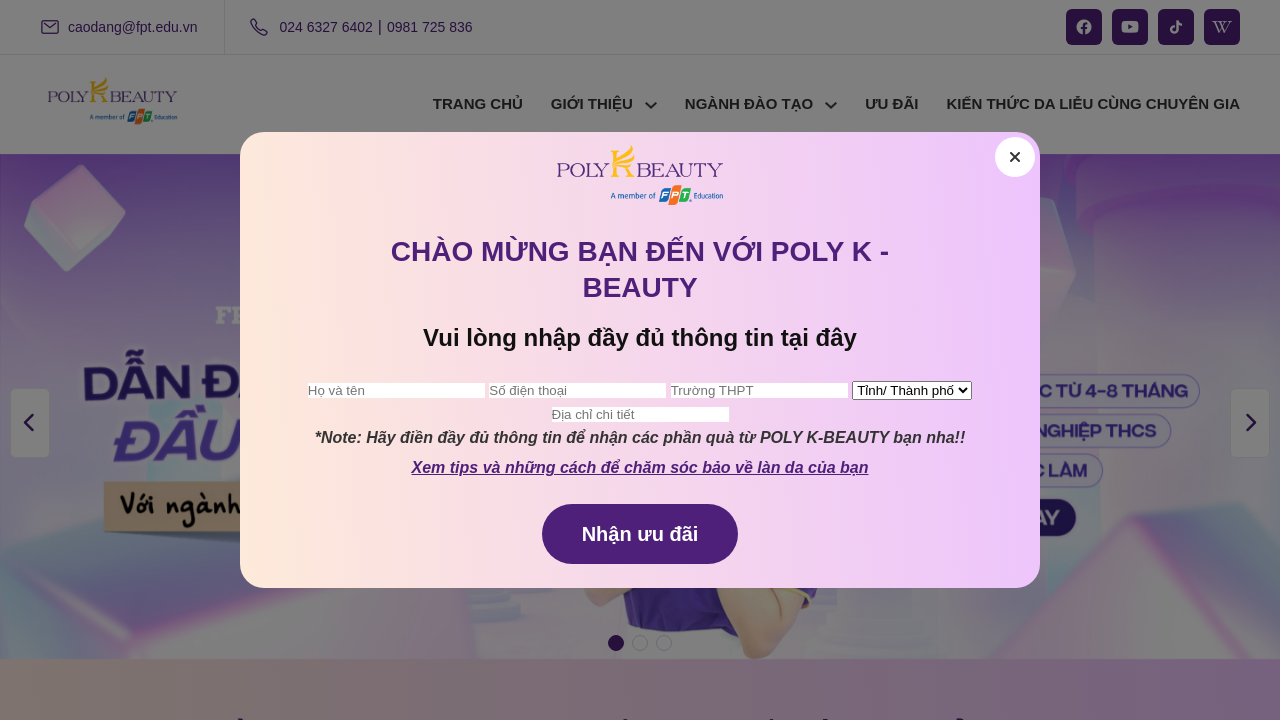
Repository: dinhtri123/k_beauty
Page: test.html
The author's editor kept a copy of each file at every save. The page is drawn from the files as they stood at one save, then again after the next save.
The browser window is 1280 px wide. The pictures show the window.
A layer covers the whole window, so only the first screen is drawn. Some web fonts or font styles are not loaded; a fallback is used.

Above is the page before, as saved 2024-12-26 09:17:09.

### test.html
<!DOCTYPE html>
<html lang="en">

<head>
  <meta charset="UTF-8">
  <meta name="viewport" content="width=device-width, initial-scale=1.0">
  <title>Page Test</title>
  <link rel="stylesheet" href="https://cdn.jsdelivr.net/npm/swiper@11/swiper-bundle.min.css" />
  <link rel="stylesheet" href="https://cdnjs.cloudflare.com/ajax/libs/font-awesome/6.7.2/css/all.min.css"
    integrity="sha512-Evv84Mr4kqVGRNSgIGL/F/aIDqQb7xQ2vcrdIwxfjThSH8CSR7PBEakCr51Ck+w+/U6swU2Im1vVX0SVk9ABhg=="
    crossorigin="anonymous" referrerpolicy="no-referrer" />
  <link rel="stylesheet" href="./css/style.css">
  <link rel="stylesheet" href="./css/test.css">
</head>

<body>
  <header>
    <div class="header-top-wrapper">
      <div class="container">
        <div class="header-top">
          <div class="header-top-left">
            <a href="mailto:caodang@fpt.edu.vn">
              <img src="./images/mail-outline.png" alt="">
              <span>caodang@fpt.edu.vn</span>
            </a>
            <p>
              <img src="./images/call-outline.png" alt="">
              <a href="tel:024 6327 6402">024 6327 6402</a>
              <span>|</span>
              <a href="tel: 0981 725 836"> 0981 725 836</a>
            </p>
          </div>
          <div class="header-top-right">
            <a href="">
              <img src="./images/Facebook.png" alt="">
            </a>
            <a href="">
              <img src="./images/YouTube.png" alt="">
            </a>
            <a href="">
              <img src="./images/TikTok.png" alt="">
            </a>
            <a href="">
              <img src="./images/Frame.png" alt="">
            </a>
          </div>
        </div>
      </div>
    </div>
    <div class="header-main container">
      <a href="" class="header-logo">
        <img src="./images/logo.png" alt="">
      </a>
      <nav class="header-nav">
        <ul class="header-menu">
          <li>
            <a href="">Trang chủ</a>
          </li>
          <li>
            <a href="">Giới thiệu
              <span>
                <img src="./images/arrow-bottom.png" alt="">
              </span>
            </a>
          </li>
          <li>
            <a href="">ngành đào tạo
              <span>
                <img src="./images/arrow-bottom.png" alt="">
              </span>
            </a>
          </li>
          <li>
            <a href="">ƯU đãi</a>
          </li>
          <li>
            <a href="">kiến thức da liễu cùng chuyên gia</a>
          </li>
          <li class="header-btn-close sm">
            <i class="fa-solid fa-xmark"></i>
          </li>
        </ul>
      </nav>
      <span class="header-btn-menu sm">
        <i class="fa-solid fa-bars"></i>
      </span>
    </div>
  </header>
  <main id="test">
    <section class="slider-hero">
      <div class="swiper hero-swiper">
        <div class="swiper-wrapper">
          <div class="swiper-slide">
            <img src="./images/image 1.jpg" alt="">
          </div>
          <div class="swiper-slide">
            <img src="./images/image 1.jpg" alt="">
          </div>
          <div class="swiper-slide">
            <img src="./images/image 1.jpg" alt="">
          </div>
        </div>
        <div class="hero-btn swiper-button-next">
          <i class="fa-solid fa-chevron-right"></i>
        </div>
        <div class="hero-btn swiper-button-prev">
          <i class="fa-solid fa-chevron-left"></i>
        </div>
        <div class="swiper-pagination"></div>
      </div>
    </section>
    <section class="befenit">
      <div class="container">
        <div class="befenit-inner">
          <h2>CÙNG POLY K-BEAUTY HIỂU HƠN VỀ LÀN DA CỦA BẠN</h2>
          <p>Khám phá bí quyết chăm sóc da phù hợp qua bài trắc nghiệm cùng Poly K-Beauty!</p>
          <div class="befenit-question">
            <div class="question-item">
              <h3>1. Da của bạn thường trông ra sao vào buổi chiều?</h3>
              <div class="question-option">
                <label for="question_1_opt_1">
                  <input type="radio" name="question_1" id="question_1_opt_1">
                  A. Trán, mũi và cằm bị bóng dầu nhưng phần còn lại trên mặt lại bình thường hoặc khô
                </label>
                <label for="question_1_opt_2">
                  <input type="radio" name="question_1" id="question_1_opt_2">
                  B. Tôi nhận thấy một vài vết bong tróc dọc theo đường chân tóc, lông mày và giữa hai bên lông mày.
                </label>
                <label for="question_1_opt_3">
                  <input type="radio" name="question_1" id="question_1_opt_3">
                  C. Da bóng nhờn và không được mịn. Có những nốt mụn nhỏ và một số mụn đầu đen.
                </label>
                <label for="question_1_opt_4">
                  <input type="radio" name="question_1" id="question_1_opt_4">
                  D. Da mịn và láng mượt. Không có dấu hiệu bong tróc.
                </label>
                <label for="question_1_opt_5">
                  <input type="radio" name="question_1" id="question_1_opt_5">
                  E. Điều đầu tiên tôi nhận thấy là các nếp nhăn.
                </label>
              </div>
            </div>
            <div class="question-item">
              <h3>2. Hãy mô tả phần má và vùng dưới mắt của bạn.</h3>
              <div class="question-option">
                <label for="question_2_opt_1">
                  <input type="radio" name="question_2" id="question_2_opt_1">
                  A. Lỗ chân lông nở rộng và có khuyết điểm dưới dạng mụn đầu đen hay đốm mụn trắng.
                </label>
                <label for="question_2_opt_2">
                  <input type="radio" name="question_2" id="question_2_opt_2">
                  B. Hầu như không có vết nhăn dễ thấy nào. Chỉ có một số vùng da khô có thể nhìn ra.
                </label>
                <label for="question_2_opt_3">
                  <input type="radio" name="question_2" id="question_2_opt_3">
                  C. Da nhẵn mịn với lỗ chân lông se khít
                </label>
                <label for="question_2_opt_4">
                  <input type="radio" name="question_2" id="question_2_opt_4">
                  D. Có các nếp nhăn rõ rệt. Da khá khô.
                </label>
                <label for="question_2_opt_5">
                  <input type="radio" name="question_2" id="question_2_opt_5">
                  E. Da bị kích ứng và khô. Có cảm giác da bị căng.
                </label>
              </div>
            </div>
            <div class="question-item">
              <h3>3. Da của bạn có dễ gặp phải các vấn đề về thâm, hay đỏ rát không?</h3>
              <div class="question-option">
                <label for="question_3_opt_1">
                  <input type="radio" name="question_3" id="question_3_opt_1">
                  A. Có, nhưng chỉ ở vùng chữ T (trán, mũi và cằm)
                </label>
                <label for="question_3_opt_2">
                  <input type="radio" name="question_3" id="question_3_opt_2">
                  B. Da tôi hơi đỏ, có chút tấy, và có chỗ không đồng đều về độ ẩm
                </label>
                <label for="question_3_opt_3">
                  <input type="radio" name="question_3" id="question_3_opt_3">
                  C. Có. Tôi thường gặp phải các vấn đề trên.
                </label>
                <label for="question_3_opt_4">
                  <input type="radio" name="question_3" id="question_3_opt_4">
                  D. Đôi khi.
                </label>
                <label for="question_3_opt_5">
                  <input type="radio" name="question_3" id="question_3_opt_5">
                  E. Hầu như không bao giờ.
                </label>
              </div>
            </div>
            <button>Nộp bài Test <i class="fa-solid fa-arrow-right"></i></button>
          </div>
        </div>
      </div>
    </section>
    <section class="package">
      <div class="container">
        <div class="package-inner">
          <h2>POLY K-BEAUTY'S PACKAGE <span class="line"></span></h2>
          <div class="package-item">
            <img src="./images/package_img1.jpg" alt="">
            <h3>Dịch vụ chăm sóc và điều trị</h3>
          </div>
          <div class="package-item">
            <img src="./images/package_img2.jpg" alt="">
            <h3>QUY TRÌNH CHẤM TCA TRỊ</h3>
          </div>
          <div class="package-item">
            <img src="./images/package_img3.jpg" alt="">
            <h3>PHƯƠNG PHÁP TIÊM SẸO LỒI</h3>
          </div>
          <div class="package-item">
            <img src="./images/package_img4.jpg" alt="">
            <h3>LASER TRỊ THÂM CÓ TỐT</h3>
          </div>
          <div class="package-item">
            <img src="./images/package_img5.jpg" alt="">
            <h3>TRỊ NẤM DA BẰNG LASER TẠI</h3>
          </div>
          <div class="package-item">
            <img src="./images/package_img6.jpg" alt="">
            <h3>LÀN DA KHÔNG ĐỀU MÀU VÀ</h3>
          </div>
          <div class="package-item">
            <img src="./images/package_img7.jpg" alt="">
            <h3>GIẢI PHÁP ĐIỀU TRỊ MỤN THỊT</h3>
          </div>
          <div class="package-item">
            <img src="./images/package_img8.jpg" alt="">
            <h3>ĐIỀU TRỊ SẸO RỖ BẰNG LASER</h3>
          </div>
          <div class="package-item">
            <img src="./images/package_img9.jpg" alt="">
            <h3>TRẺ HOÁ BẰNG LASER</h3>
          </div>
          <div class="package-item">
            <img src="./images/package_img10.jpg" alt="">
            <h3>CHỐNG LÃO HOÁ TUỔI 30</h3>
          </div>
          <div class="package-item">
            <img src="./images/package_img11.jpg" alt="">
            <h3>ĐIỀU TRỊ MỤN Ở NGƯỜI LỚN</h3>
          </div>
          <div class="package-item">
            <img src="./images/package_img12.jpg" alt="">
            <h3>XOÁ XĂM HIỆU QUẢ VÀ</h3>
          </div>
          <div class="package-item">
            <img src="./images/package_img13.jpg" alt="">
            <h3>ĐIỀU TRỊ GIÃN MAO MẠCH</h3>
          </div>
          <div class="package-item">
            <img src="./images/package_img14.jpg" alt="">
            <h3>PHƯƠNG PHÁP TRỊ SẸO LỒI</h3>
          </div>
          <div class="package-item">
            <img src="./images/package_img15.jpg" alt="">
            <h3>LĂN KIM TRỊ SẸO RỖ</h3>
          </div>
          <div class="package-item">
            <img src="./images/package_img16.jpg" alt="">
            <h3>ĐIỆN DI VITAMIN C - GIẢI PHÁP</h3>
          </div>
          <div class="package-item">
            <img src="./images/package_img17.jpg" alt="">
            <h3>TRẺ HOÁ DA VỚI LIỆU TRÌNH</h3>
          </div>
          <div class="package-item">
            <img src="./images/package_img18.jpg" alt="">
            <h3>PEEL DA HOÁ HỌC CHUYÊN</h3>
          </div>
          <div class="package-item">
            <img src="./images/package_img19.jpg" alt="">
            <h3>PEEL DA HOÁ HỌC NỒNG ĐỘ</h3>
          </div>
          <div class="package-item">
            <img src="./images/package_img20.jpg" alt="">
            <h3>PEEL DA HOÁ HỌC NỒNG ĐỘ</h3>
          </div>
          <div class="package-item">
            <img src="./images/package_img21.jpg" alt="">
            <h3>PEEL DA HOÁ HỌC</h3>
          </div>
          <div class="package-item">
            <img src="./images/package_img22.jpg" alt="">
            <h3>PHƯƠNG PHÁP MÀI DA VI</h3>
          </div>
          <div class="package-item">
            <img src="./images/package_img23.jpg" alt="">
            <h3>CHẮM SÓC & ĐIỀU TRỊ DA CHO</h3>
          </div>
          <div class="package-item">
            <img src="./images/package_img24.jpg" alt="">
            <h3>XOÁ NỐT RUỒI</h3>
          </div>
          <div class="package-item">
            <img src="./images/package_img25.jpg" alt="">
            <h3>KIỂM TRA DA MẶT Ở ĐÂU ĐỂ</h3>
          </div>
          <div class="package-item">
            <img src="./images/package_img26.jpg" alt="">
            <h3>DỊCH VỤ CHĂM SÓC DA MẶT</h3>
          </div>
          <div class="package-item">
            <img src="./images/package_img27.jpg" alt="">
            <h3>MỤN LÀ CHUYỆN NHỎ VỚI</h3>
          </div>
          <div class="package-item">
            <img src="./images/package_img28.jpg" alt="">
            <h3>TÌM LẠI LÀN DA MỊN MÀNG VỚI</h3>
          </div>
          <div class="package-item">
            <img src="./images/package_img29.jpg" alt="">
            <h3>ĐỐT MỤN THỊT, U VÀNG</h3>
          </div>
          <div class="package-item">
            <img src="./images/package_img30.jpg" alt="">
            <h3>ĐIỀU TRỊ MỤN TRỨNG CÁ DỨT</h3>
          </div>
          <div class="package-item">
            <img src="./images/package_img31.jpg" alt="">
            <h3>TRIỆT LÔNG VĨNH VIỄN</h3>
          </div>
          <div class="package-item">
            <img src="./images/package_img32.jpg" alt="">
            <h3>NÁM DA VÀ RỐI LOẠN SẮC TỐ</h3>
          </div>
          <div class="package-item">
            <img src="./images/package_img33.jpg" alt="">
            <h3>LIỆU TRÌNH TRẺ HOÁ DA LÀM</h3>
          </div>
          <div class="package-item">
            <img src="./images/package_img34.jpg" alt="">
            <h3>ĐIỀU TRỊ TRỊ MỤN</h3>
          </div>
        </div>
      </div>
    </section>
  </main>
  <div class="form-bottom">
    <div class="container">
      <div class="form-inner">
        <div class="form-text">
          <h2>Tìm hiểu chương trình tại Poly K-Beauty và nhận tư vấn ngay!</h2>
          <button>Đăng ký ngay</button>
        </div>
        <div class="form-img">
          <img src="./images/form-img.png" alt="">
        </div>
      </div>
    </div>
  </div>
  <footer>
    <div class="container">
      <div class="footer-wrapper">
        <div class="footer-left">
          <div class="footer-logo">
            <img src="./images/logo-footer.png" alt="">
          </div>
          <div class="footer-social">
            <a href="#">
              <img src="./images/icon-fb.png" alt="">
            </a>
            <a href="#">
              <img src="./images/icon-ytb.png" alt="">
            </a>
            <a href="#">
              <img src="./images/icon-tiktok.png" alt="">
            </a>
            <a href="#">
              <img src="./images/icon-wiki.png" alt="">
            </a>
          </div>
          <div class="footer-contact">
            <h3>THÔNG TIN LIÊN HỆ</h3>
            <ul>
              <li>Điện thoại: (024) 7300 1955</li>
              <li>Email: caodang@fpt.edu.vn</li>
            </ul>
          </div>
        </div>
        <div class="footer-right">
          <h3>HỆ THỐNG VĂN PHÒNG TUYỂN SINH</h3>
          <div class="footer-local">
            <div class="local-item">
              <h4>Cơ sở Hà Nội</h4>
              <ul>
                <li><span><ion-icon name="location-outline"></ion-icon></span> Cổng số 1, Tòa nhà FPT
                  Polytechnic, 13 phố Trịnh Văn Bô, phường Phương Canh, quận Nam Từ Liêm, TP Hà Nội
                  Km12
                  Cầu Diễn, Phường Phúc Diễn, Quận Bắc Từ Liêm, Hà Nội</li>
                <li><span><ion-icon name="call-outline"></ion-icon></span>(024) 8582 0808</li>
              </ul>
            </div>
            <div class="local-item">
              <h4>Cơ sở Hồ Chí Minh</h4>
              <ul>
                <li><span><ion-icon name="location-outline"></ion-icon></span> Tòa nhà QTSC9 (toà T),
                  đường
                  Tô Ký, phường Tân Chánh Hiệp, quận 12, TP HCM.</li>
                <li><span><ion-icon name="location-outline"></ion-icon></span> 778/B1 Nguyễn Kiệm,
                  phường
                  04, quận Phú Nhuận, TP HCM
                  0901 660 002 – 028 6686 6486</li>
              </ul>
            </div>
            <div class="local-item">
              <h4>Cơ sở Thái Nguyên</h4>
              <ul>
                <li><span><ion-icon name="location-outline"></ion-icon></span> Tòa nhà FPT Polytechnic,
                  đường đê Mỏ Bạch, tổ 10, phường Quyết Thắng, TP Thái Nguyên, tỉnh Thái Nguyên</li>
                <li><span><ion-icon name="location-outline"></ion-icon></span> 091 532 9213</li>
              </ul>
            </div>
            <div class="local-item">
              <h4>Cơ sở Đà Nẵng</h4>
              <ul>
                <li><span><ion-icon name="location-outline"></ion-icon></span> 219 Nguyễn Sinh Sắc,
                  phường
                  Hoà Minh, quận Liên Chiểu, TP Đà Nẵng</li>
                <li><span><ion-icon name="location-outline"></ion-icon></span> 023 6371 0999 – 094 302
                  5282
                </li>
              </ul>
            </div>
            <div class="local-item">
              <h4>Cơ sở Hải Phòng</h4>
              <ul>
                <li><span><ion-icon name="location-outline"></ion-icon></span> 271 Lê Thánh Tông, phường
                  Máy
                  Chai, quận Ngô Quyền, TP Hải Phòng</li>
                <li><span><ion-icon name="location-outline"></ion-icon></span> 0915431313</li>
              </ul>
            </div>
            <div class="local-item">
              <h4>Cơ sở Quy Nhơn</h4>
              <ul>
                <li><span><ion-icon name="location-outline"></ion-icon></span> 107A Thanh Niên, phường
                  Quang
                  Trung, TP Quy Nhơn, tỉnh Bình Định</li>
                <li><span><ion-icon name="location-outline"></ion-icon></span> 039 404 4568</li>
              </ul>
            </div>
            <div class="local-item">
              <h4>Cơ sở Hà Nam</h4>
              <ul>
                <li><span><ion-icon name="location-outline"></ion-icon></span> Tổ hợp Giáo dục FPT,
                  Unischool, Khu Đại học Nam Cao, Phường Hoàng Đông, Thị xã Duy Tiên, Hà Nam</li>
                <li><span><ion-icon name="location-outline"></ion-icon></span> 0911 968 213</li>
              </ul>
            </div>
            <div class="local-item">
              <h4>Cơ sở Tây Nguyên</h4>
              <ul>
                <li><span><ion-icon name="location-outline"></ion-icon></span> Số 300, 6 Đường Hà Huy
                  Tập,
                  Tổ dân phố 8, phường Tân An, TP Buôn Ma Thuột, Đắk Lắk</li>
                <li><span><ion-icon name="location-outline"></ion-icon></span> 026 2355 5678</li>
              </ul>
            </div>
            <div class="local-item">
              <h4>Cơ sở Thanh Hoá</h4>
              <ul>
                <li><span><ion-icon name="location-outline"></ion-icon></span> Tòa Beta, Tổ hợp giáo dục
                  FPT, Đại lộ Võ Nguyên Giáp, phường Quảng Thành, TP Thanh Hóa</li>
                <li><span><ion-icon name="location-outline"></ion-icon></span> 091 378 5213</li>
              </ul>
            </div>
            <div class="local-item">
              <h4>Cơ sở Đồng Nai</h4>
              <ul>
                <li><span><ion-icon name="location-outline"></ion-icon></span> 193 Đỗ Văn Thi, phường
                  Hiệp
                  Hòa, TP Biên Hòa, tỉnh Đồng Nai</li>
                <li><span><ion-icon name="location-outline"></ion-icon></span> 0345 690 031 – 0989 871
                  031
                </li>
              </ul>
            </div>
            <div class="local-item">
              <h4>Cơ sở Cần Thơ</h4>
              <ul>
                <li><span><ion-icon name="location-outline"></ion-icon></span> Toà nhà FPT Polytechnic,
                  đường số 22, phường Thường Thạnh, quận Cái Răng, TP Cần Thơ</li>
                <li><span><ion-icon name="location-outline"></ion-icon></span> 098 388 1100 – 091 2823
                  492
                </li>
              </ul>
            </div>
          </div>
        </div>
      </div>
    </div>
  </footer>
  <div class="popup">
    <div class="popup-inner">
      <span class="popup-btn-close">
        <i class="fa-solid fa-xmark"></i>
      </span>
      <span class="popup-logo">
        <img src="./images/logo.png" alt="">
      </span>
      <h3 class="popup-title">Cảm ơn bạn đã làm bài test Hiểu làn da cùng Poly K-Beauty</h3>
      <p class="popup-desc">Bạn thuộc làn Da Hỗn Hợp</p>
      <span class="popup-img">
        <img src="./images/popup-img.png" alt="">
      </span>
      <i>*Note: Hãy điền đầy đủ thông tin để nhận các phần quà từ POLY K-BEAUTY bạn nha!!</i>
      <a href="#" class="popup-link">Xem tips và những cách để chăm sóc bảo về làn da của bạn</a>
      <a href="#" class="popup-btn">Nhận ưu đãi</a>
    </div>
  </div>
  <div class="popup popup-register active">
    <div class="popup-inner">
      <span class="popup-btn-close">
        <i class="fa-solid fa-xmark"></i>
      </span>
      <span class="popup-logo">
        <img src="./images/logo.png" alt="">
      </span>
      <h3 class="popup-title">CHÀO MỪNG BẠN ĐẾN VỚI POLY K - BEAUTY</h3>
      <p class="popup-desc">Vui lòng nhập đầy đủ thông tin tại đây</p>
      <form action="">
        <input type="text" name="name" id="name" placeholder="Họ và tên">
        <input type="tel" name="phone" id="phone" placeholder="Số điện thoại">
        <input type="text" name="school" id="school" placeholder="Trường THPT">
        <select>
          <option value="" selected>Tỉnh/ Thành phố</option>
          <option value="">Tỉnh/ Thành phố</option>
          <option value="">Tỉnh/ Thành phố</option>
        </select>
        <input type="text" name="address" id="address" placeholder="Địa chỉ chi tiết">
      </form>
      <i>*Note: Hãy điền đầy đủ thông tin để nhận các phần quà từ POLY K-BEAUTY bạn nha!!</i>
      <a href="#" class="popup-link">Xem tips và những cách để chăm sóc bảo về làn da của bạn</a>
      <a href="#" class="popup-btn">Nhận ưu đãi</a>
    </div>
  </div>
</body>

<script src="https://cdn.jsdelivr.net/npm/swiper@11/swiper-bundle.min.js"></script>

<script>
  var swiper = new Swiper(".hero-swiper", {
    loop: true,
    navigation: {
      nextEl: ".swiper-button-next",
      prevEl: ".swiper-button-prev",
    },
    pagination: {
      el: ".swiper-pagination",
    },
  });
</script>
<script src="./js/index.js"></script>

</html>

### css/test.css
.befenit-question *:not(::before) {
  font-family: var(--font-secondary);
}
.question-item {
  background-color: var(--cl-white);
  padding: 24px 32px;
  border-radius: 24px;
  margin-bottom: 24px;
}
.question-item h3 {
  color: #000;
  font-size: 24px;
  line-height: 32px;
  font-weight: 700;
  margin-bottom: 24px;
  text-align: left;
}
.question-option {
  display: flex;
  flex-direction: column;
  gap: 16px;
}
.question-option label {
  border-radius: 50px;
  min-height: 52px;
  padding: 14px 24px;
  display: flex;
  align-items: center;
  text-align: left;
  gap: 12px;
  color: #000;
  font-size: 16px;
  line-height: 24px;
  font-weight: 500;
  border: 1px solid rgba(204, 204, 204, 1);
}
.question-option label.active {
  background-color: var(--cl-primary);
  color: var(--cl-white);
}
.befenit-question button {
  padding: 16px 32px;
  border-radius: 50px;
  background-color: var(--cl-primary);
  font-size: 20px;
  line-height: 28px;
  font-weight: 590;
  display: flex;
  align-items: center;
  justify-content: center;
  gap: 10px;
  color: var(--cl-white);
  margin: 32px auto 0px;
  cursor: pointer;
}
@media screen and (max-width: 767px) {
  .question-item h3 {
    font-size: 20px;
    line-height: 24px;
    margin-bottom: 20px;
  }
  .question-item {
    padding: 20px;
    border-radius: 12px;
  }
  .question-option label {
    padding: 12px;
    border-radius: 12px;
  }
  .befenit-question button {
    font-size: 16px;
    line-height: 20px;
  }
}

Loaded but not shown: js/index.js (50 lines, source omitted); css/style.css (859 lines, source omitted)

After the next save:
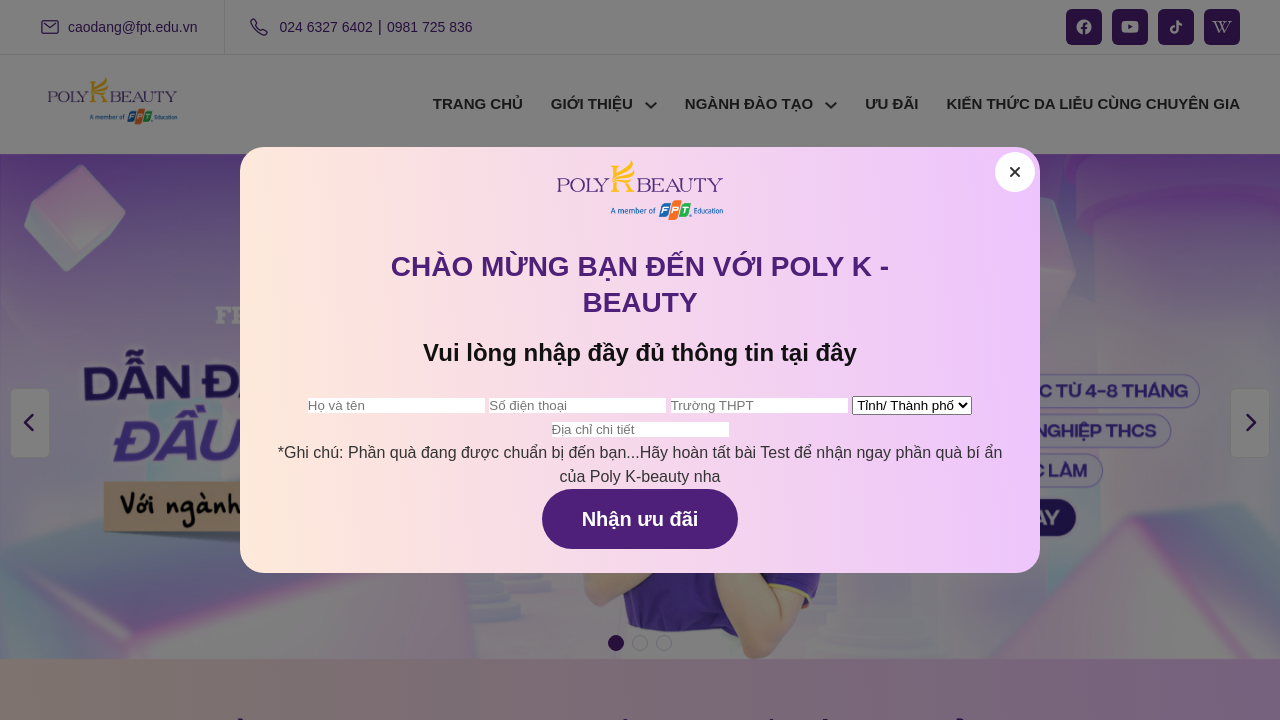
Saved 41 s later.
--- a/test.html
+++ b/test.html
@@ -532,10 +532,10 @@
           <option value="">Tỉnh/ Thành phố</option>
         </select>
         <input type="text" name="address" id="address" placeholder="Địa chỉ chi tiết">
+        <p>*Ghi chú: Phần quà đang được chuẩn bị đến bạn...Hãy hoàn tất bài Test để nhận ngay phần quà bí ẩn của Poly
+          K-beauty nha</p>
+        <button type="submit" class="popup-btn">Nhận ưu đãi</button>
       </form>
-      <i>*Note: Hãy điền đầy đủ thông tin để nhận các phần quà từ POLY K-BEAUTY bạn nha!!</i>
-      <a href="#" class="popup-link">Xem tips và những cách để chăm sóc bảo về làn da của bạn</a>
-      <a href="#" class="popup-btn">Nhận ưu đãi</a>
     </div>
   </div>
 </body>
